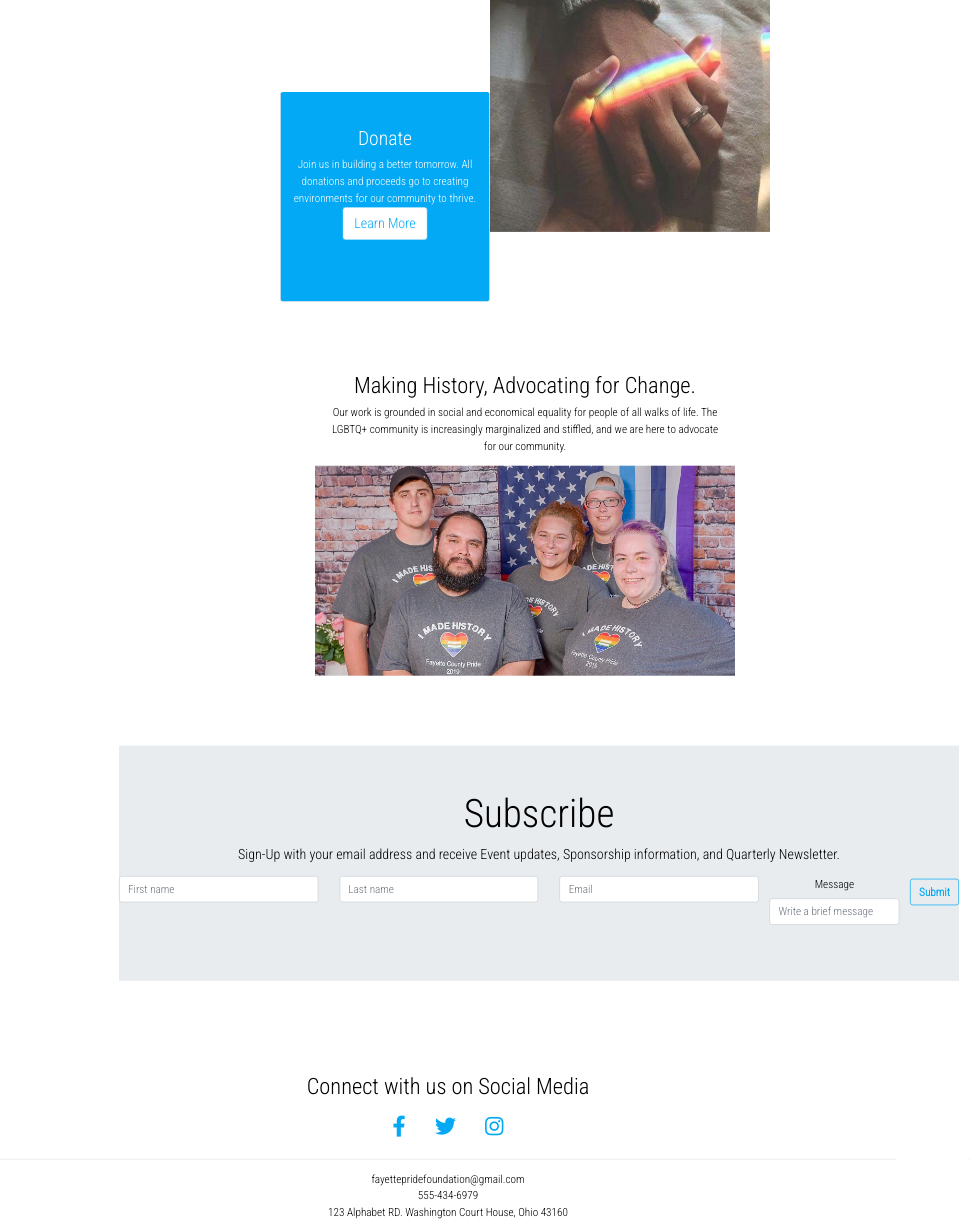
Repository: Code-Institute-Submissions/https-github.com-callendera-Milestone-Project-2
Page: index.html
The author's editor kept a record of every edit. The page is drawn from the files as they stood at one moment, then again after the next edit.
The browser window is 1280 px wide. The page is 1385 px wide, so the pictures cover 1385 px, including what lies to the right of the window. The pictures show the part of the page from y = 1926 to 3686 px (the page is 3686 px tall), at 70% of full size.
Backgrounds fixed to the window are drawn as part of the page. Some web libraries are served in a nearby version.

Above is the page before.

After the next edit:
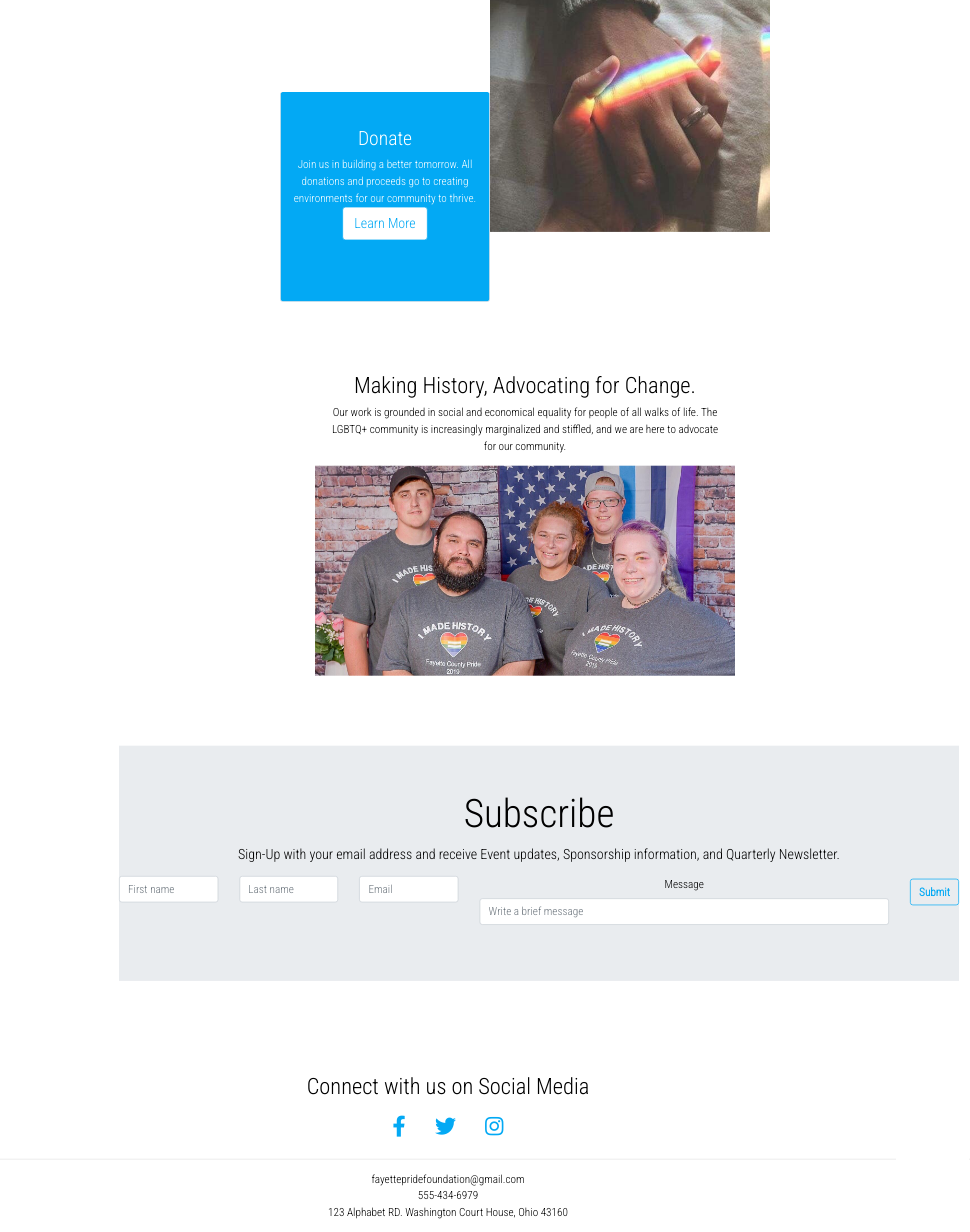
The edit:
--- a/index.html
+++ b/index.html
@@ -140,7 +140,7 @@
                 <div class="col">
                     <input type="email" class="form-control" id="inputEmail3" placeholder="Email">
                 </div>
-                <div class="form-group">
+                <div class="form-group col-6">
                     <label for="inputAddress">Message</label>
                     <input type="text" class="form-control" id="inputAddress" placeholder="Write a brief message">
                 </div>
